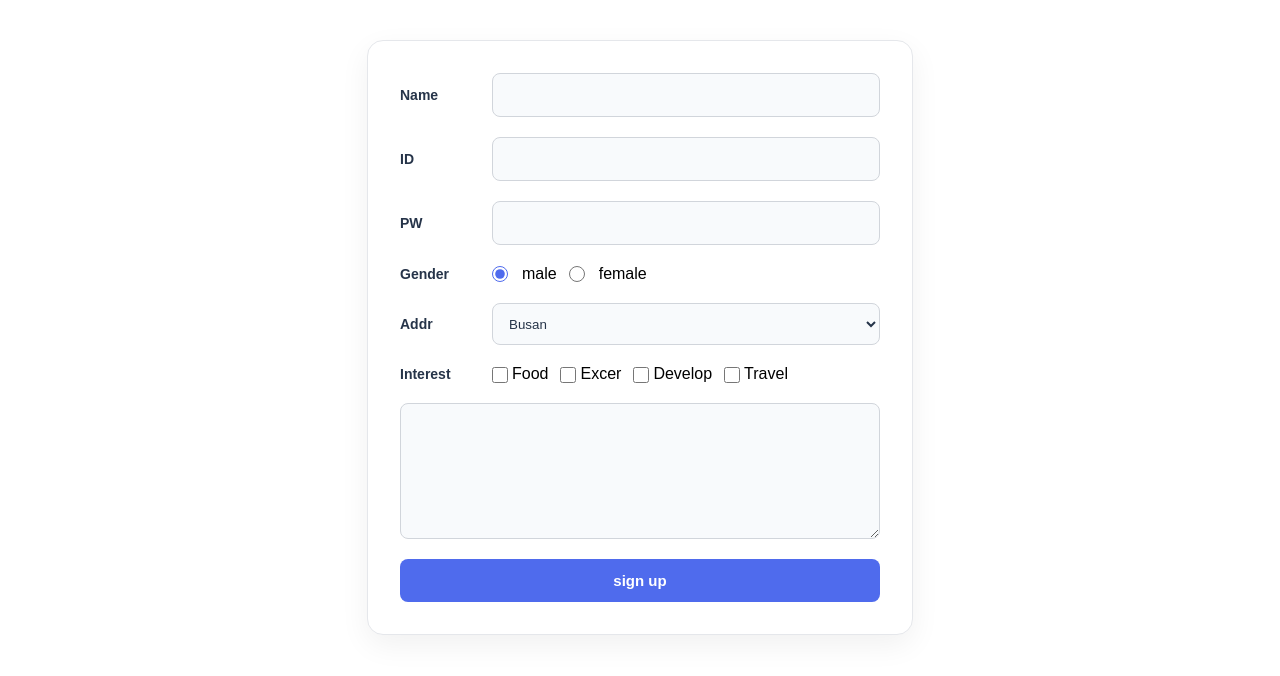
Repository: 9re9ori0426/Bootcamp
Page: webws/03_InputOutput/src/main/webapp/reg.html
These files come from the project's save history. The page is drawn as it stood at one moment and after the next save; the edit follows.
The browser window is 1280 px wide. The pictures show the whole page.

Above is the page before, as saved 2026-10-20 07:46:32.

### webws/03_InputOutput/src/main/webapp/reg.html
<!DOCTYPE html>
<html>
<head>
<meta charset="UTF-8">
<title>Insert title here</title>
<link rel='stylesheet' href='reg.css'>
</head>
<body>
	<form action="">
		<div class="signup-row">
			<div>Name</div>
			<input>
		</div>
		<div class="signup-row">
			<div>ID</div>
			<input>
		</div>
		<div class="signup-row">
			<div>PW</div>
			<input>
		</div>
		<div class="signup-row">
			<div>Gender</div>
			<input type="radio" name="gender" checked>male
			<input type="radio" name="gender">female
		</div>
		<div class="signup-row">
			<div>Addr</div>
			<select>
				<option>Seoul</option>
				<option selected>Busan</option>
				<option>Cheonan</option>
			</select>
		</div>
		<div class="signup-row">
			<div>Interest</div>
			<label><input type="checkbox">Food</label>
			<label><input type="checkbox">Excer</label>
			<label><input type="checkbox">Develop</label>
			<label><input type="checkbox">Travel</label>
		</div>
		<div class="signup-row">
			<textarea></textarea>
		</div>


		<button>sign up</button>
	</form>
</body>
</html>

### webws/03_InputOutput/src/main/webapp/reg.css
@charset "UTF-8";


:root {
  --primary: #4f6bed;
  --primary-hover: #3d55d6;
  --text: #263449;
  --text-muted: #6b7280;
  --border: #d1d5db;
  --background: #f8fafc;
  --surface: #ffffff;
  --radius: 8px;
  --focus-shadow: rgba(79, 107, 237, 0.15);
}

form {
  width: 100%;
  max-width: 480px;
  margin: 40px auto;
  padding: 32px;
  background: var(--surface);
  border: 1px solid #e5e7eb;
  border-radius: 16px;
  box-shadow: 0 10px 30px rgba(0, 0, 0, 0.06);
  font-family: Arial, sans-serif;
}

.signup-row {
  display: flex;
  align-items: center;
  flex-wrap: wrap;
  gap: 12px;
  margin-bottom: 20px;
}

.signup-row > div {
  flex: 0 0 80px;
  color: var(--text);
  font-size: 14px;
  font-weight: 600;
}

/* Text, ID, Password inputs */
.signup-row > input:not([type="radio"]) {
  flex: 1;
  min-width: 0;
  height: 42px;
  padding: 0 12px;
  color: var(--text);
  background: var(--background);
  border: 1px solid var(--border);
  border-radius: var(--radius);
  outline: none;
  transition: border-color 0.2s, box-shadow 0.2s;
}

/* Select */
.signup-row select {
  flex: 1;
  min-width: 0;
  height: 42px;
  padding: 0 12px;
  color: var(--text);
  background: var(--background);
  border: 1px solid var(--border);
  border-radius: var(--radius);
  outline: none;
  cursor: pointer;
}

/* Textarea row */
.signup-row:has(textarea) {
  align-items: stretch;
}

.signup-row textarea {
  width: 100%;
  min-height: 110px;
  padding: 12px;
  color: var(--text);
  background: var(--background);
  border: 1px solid var(--border);
  border-radius: var(--radius);
  font: inherit;
  resize: vertical;
  outline: none;
}

/* Focus effect */
.signup-row input:focus,
.signup-row select:focus,
.signup-row textarea:focus {
  border-color: var(--primary);
  box-shadow: 0 0 0 3px var(--focus-shadow);
}

/* Radio buttons */
.signup-row input[type="radio"] {
  width: 16px;
  height: 16px;
  margin: 0 2px 0 0;
  accent-color: var(--primary);
  cursor: pointer;
}

/* Submit button */
form > button {
  width: 100%;
  padding: 13px;
  color: #fff;
  background: var(--primary);
  border: none;
  border-radius: var(--radius);
  font-size: 15px;
  font-weight: 700;
  cursor: pointer;
  transition: background 0.2s, transform 0.2s;
}

form > button:hover {
  background: var(--primary-hover);
}

form > button:active {
  transform: scale(0.98);
}

/* Mobile */
@media (max-width: 520px) {
  form {
    width: calc(100% - 32px);
    padding: 24px 18px;
  }

  .signup-row {
    gap: 10px;
  }

  .signup-row > div {
    flex-basis: 65px;
  }
}
/* Interest checkbox */
.signup-row input[type="checkbox"] {
  width: 16px;
  height: 16px;
  margin: 0 4px 0 0;
  accent-color: var(--primary);
  cursor: pointer;
  vertical-align: middle;
}

/* Interest row layout */
.signup-row:has(input[type="checkbox"]) {
  display: flex;
  align-items: center;
  flex-wrap: wrap;
  gap: 12px;
}

.signup-row:has(input[type="checkbox"]) > div {
  flex: 0 0 80px;
}

/* Checkbox hover */
.signup-row input[type="checkbox"]:hover {
  filter: brightness(0.9);
}

After the next save:
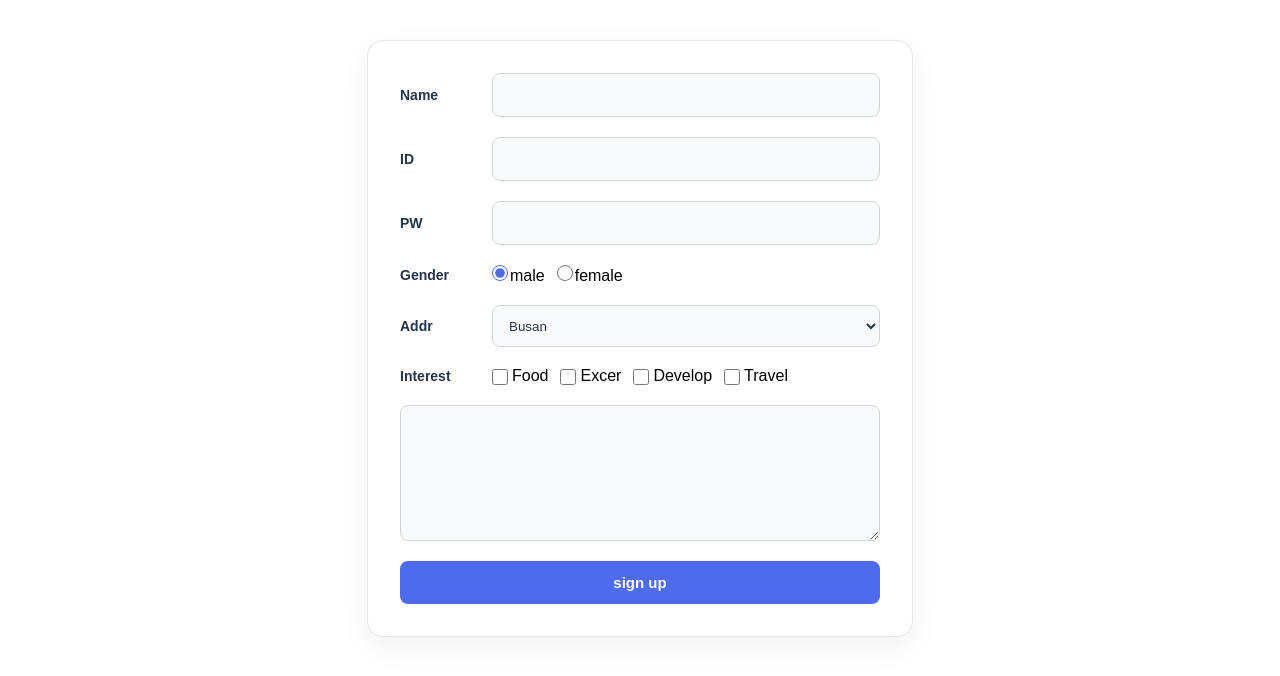
Saved 11 s later.
--- a/webws/03_InputOutput/src/main/webapp/reg.html
+++ b/webws/03_InputOutput/src/main/webapp/reg.html
@@ -21,8 +21,8 @@
 		</div>
 		<div class="signup-row">
 			<div>Gender</div>
-			<input type="radio" name="gender" checked>male
-			<input type="radio" name="gender">female
+			<label><input type="radio" name="gender" checked>male</label>
+			<label><input type="radio" name="gender">female</label>
 		</div>
 		<div class="signup-row">
 			<div>Addr</div>
